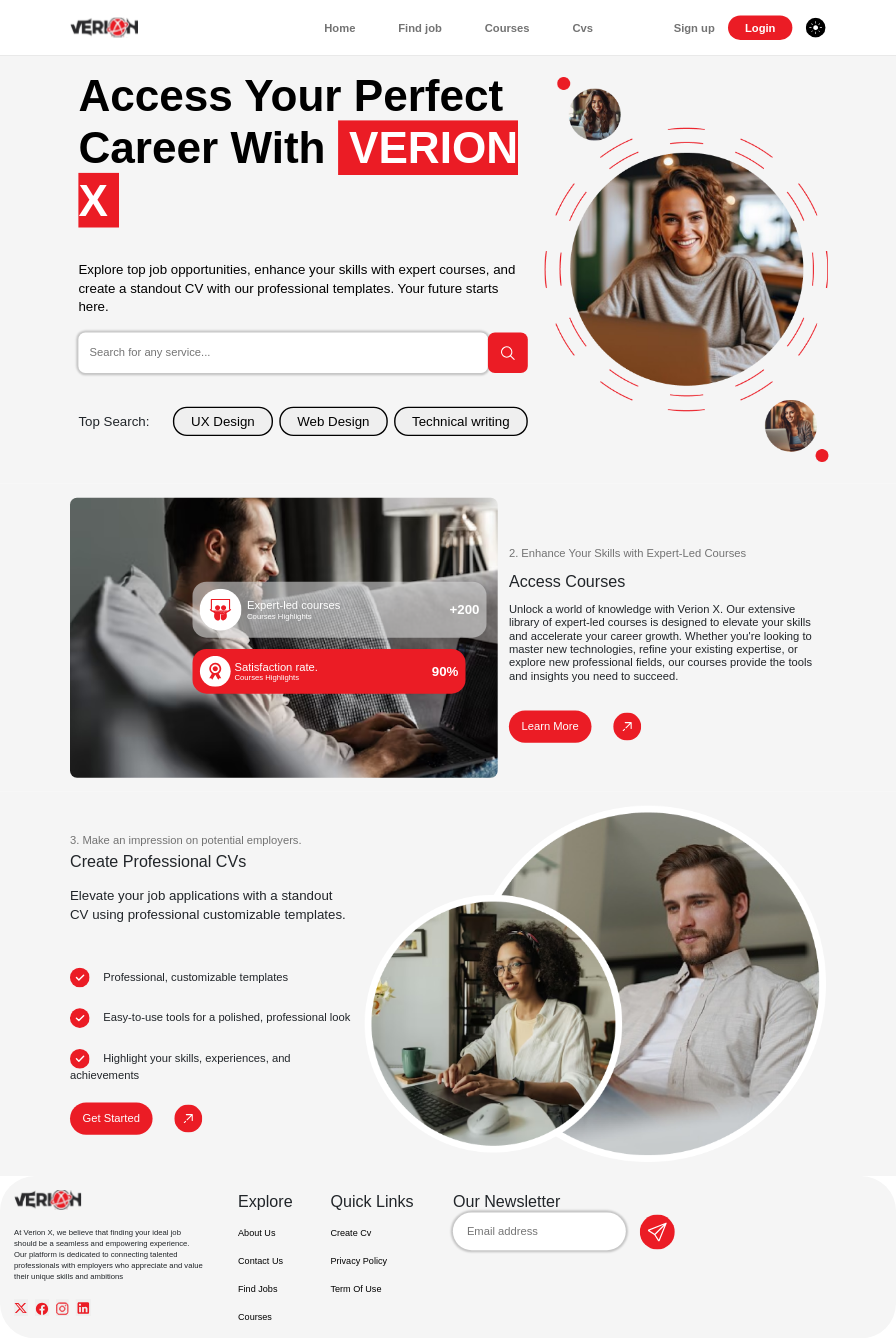
Repository: SahMenz/verionX
Page: /
The author's editor kept a copy of each file at every save. The page is drawn from the files as they stood at one save, then again after the next save.
The browser window is 1280 px wide. The pictures show the whole page, at 70% of full size.
The project was rebuilt for these pictures with package versions that can differ from the ones it lists, and the page was loaded fresh each time. Also part of the build but not shown: vite.config.js.

Above is the page before, as saved 2024-06-16 02:44:16.

### src/App.jsx
import './App.css'
import Home from './components/home/home'
import 'bootstrap/dist/css/bootstrap.min.css';

function App() {

  return (
    <>
      <div>
          <Home />
      </div>
    </>
  )
}

export default App

### src/index.css
button{
    outline: none;
    border: none;
  }

  input{
    border: none;
    outline: none;
}

### src/App.css
*, *::before, *::after{
  padding: 0px;
  margin: 0px;
  box-sizing: border-box;
  font-family: "Rubik", sans-serif;
}

/* BACKGROUND COLORS */

.bg-f5{
  background-color: #F5F5F5;
}
.bg-eb{
  background-color: #EB1C25;
}
.bg-ff{
  background-color: #fff;
}
.bg-d9{
  background-color: #D9D9D9;
}
.bg-00{
  background-color: #000;
}


/* FONT SIZES */

.txt-11{
  font-size: 11px;
}
.txt-13{
  font-size: 13px;
}
.txt-16{
  font-size: 16px;
}
.txt-19{
  font-size: 19px;
}
.txt-23{
  font-size: 23px;
}
.txt-45{
  font-size: 45px;
}
.txt-63{
  font-size: 63px;
}


/* TEXT COLOR */

.txt-eb{
  color:#EB1C25
}
.txt-f3{
  color: #737373
}
.txt-ff{
  color:#fff
}
.txt-00{
  color: #000;
}


/* FONT WEIGHT */

.fw-400{
  font-weight: 400;
}
.fw-500{
  font-weight: 500;
}
.fw-600{
  font-weight: 600;
}


/* LINE HEIGHT */

.lh-19{
  line-height: 19.2px;
}
.lh-75{
  line-height: 55.6px;
}
.lh-26{
  line-height: 26.38px;
}
.lh-22{
  line-height: 22.8px;
}
.lh-27{
  line-height: 27.6px;
}
.lh-15{
  line-height: 15.89px;
}
.lh-13{
  line-height: 13.2px;
}
.lh-54{
  line-height: 54px;
}
.lh-34{
  line-height: 34.5px;
}
.lh-67{
  line-height: 67.5px;
}
.lh-32{
  line-height: 32.2px;
}
.lh-18{
  line-height: 18.96px;
}

### src/components/home/home.jsx
import Footer from "../footer/footer"
import Navigation from "../navigation/navigation"
import AccessCourses from "./accessCourses/accessCourses"
import CreateProfessionalCv from "./createProfessionalCv/createProfessionalCv"
import Hero from "./hero/hero"

function Home() {
  return (
    <div >
        <Navigation />
        <Hero />
        <AccessCourses />
        <CreateProfessionalCv />
        <Footer />
    </div>
  )
}

export default Home

### src/components/footer/footer.jsx
import logo from '../../assets/images/logo.svg';
import CustomSvg from '../customSvg/customSvg';
import './footer.css';

function Footer() {
  return (
    <div className='d-flex bg-f5 footerGeneral gap-5' style={{borderRadius:"50px"}}>
        <div className='d-flex flex-column' style={{width:"272px", height:"166px"}}>
            <img  src={logo} style={{width:"97.2px"}}/>
            <div className='fw-400 lh-15 txt-11 py-4'>
                At Verion X, we believe that finding your ideal job should be a
                seamless and empowering experience. Our platform is dedicated to connecting talented
                professionals with employers who appreciate and value their unique skills and ambitions
            </div>
            <div className='d-flex align-items-center justify-content-between' style={{width:"110px"}}>
                <button><CustomSvg name="x"/></button>
                <button><CustomSvg name="facebook"/></button>
                <button><CustomSvg name="insta"/></button>
                <button><CustomSvg name="linkedin"/></button>
            </div>
        </div>
        <div className='d-flex flex-column justify-content-between' style={{width:"84px", height:"192px"}}>
            <div className='fw-500 txt-23 lh-32'>Explore</div>
            <a href="#" className='txt-00 fw-400 txt-13 lh-18 text-decoration-none'>About Us</a>
            <a href="#" className='txt-00 fw-400 txt-13 lh-18 text-decoration-none'>Contact Us</a>
            <a href="#" className='txt-00 fw-400 txt-13 lh-18 text-decoration-none'>Find Jobs</a>
            <a href="#" className='txt-00 fw-400 txt-13 lh-18 text-decoration-none'>Courses</a>
        </div>
        <div className='d-flex flex-column justify-content-between' style={{width:"127px", height:"152px"}}>
            <div className='fw-500 txt-23 lh-32'>Quick Links</div>
            <a href="#" className='txt-00 fw-400 txt-13 lh-18 text-decoration-none'>Create Cv</a>
            <a href="#" className='txt-00 fw-400 txt-13 lh-18 text-decoration-none'>Privacy Policy</a>
            <a href="#" className='txt-00 fw-400 txt-13 lh-18 text-decoration-none'>Term Of Use</a>
        </div>
        <div className='d-flex flex-column'>
            <div className='fw-500 txt-23 lh-32'>Our Newsletter</div>
            <div>
                <input  type='text' placeholder='Email address' style={{marginRight:"20px",borderRadius:"30px", padding:"15px 20px", boxShadow: "0px 0px 3px 3px rgba(0, 0, 0, 0.2)"}}/>
                <CustomSvg name="telegram"/>
            </div>
        </div>
    </div>
  )
}

export default Footer

### src/components/navigation/navigation.jsx
import logo from '../../assets/images/logo.svg'
import CustomSvg from '../customSvg/customSvg'
import './navigation.css'


function Navigation() {

  return (
    <div className="d-flex justify-content-between navContainer">
        <img src={logo} alt="" />
        <div className='d-none d-lg-flex navigationLink justify-content-between align-items-center'>
          <div className='d-flex justify-content-between align-items-center links'>
            <a href="#" className='small-txt lh-19 fw-600 text-decoration-none txt-f3'>Home</a>
            <a href="#" className='small-txt lh-19 fw-600 text-decoration-none txt-f3'>Find job</a>
            <a href="#" className='small-txt lh-19 fw-600 text-decoration-none txt-f3'>Courses</a>
            <a href="#" className='small-txt lh-19 fw-600 text-decoration-none txt-f3'>Cvs</a>
          </div>
          <div className='d-flex justify-content-between align-items-center switchmode'>
            <a href="#" className='small-txt lh-19 fw-600 text-decoration-none txt-f3'>Sign up</a>
            <a href="#" className='small-txt lh-19 fw-600 text-decoration-none txt-ff bg-eb px-4 py-2 rounded-5'>Login</a>
            <CustomSvg name="switchModes" className="cursor-pointer"/>
          </div>
        </div>
        <div className=' d-lg-none cursor-pointer' style={{width: "40px", height: "40px", display: 'flex', flexDirection: 'column', alignItems: "center", justifyContent: "center", gap: "5px"}}>
          <div style={{width : "30px", height:"3px", backgroundColor : 'black' }}></div>
          <div style={{width : "30px", height:"3px", backgroundColor : 'black' }}></div>
          <div style={{width : "30px", height:"3px", backgroundColor : 'black' }}></div>
        </div>
    </div>
  )
}

export default Navigation

### src/components/home/accessCourses/accessCourses.jsx
import CustomSvg from "../../customSvg/customSvg";
import './accessCourses.css';

function AccessCourses() {
  return (
    <div className="d-flex flex-column bg-f5 flex-xl-row accessGeneral  align-items-center">
        <div className="manPressingLaptop" style={{maxWidth:"611px", position:"relative"}}>
            <div className="imagetext d-none d-lg-block" style={{position:"absolute"}}>
                <div className="d-flex align-items-center opacebackground justify-content-between mb-3" style={{padding:"10px", borderRadius:"20px", maxWidth:"455px"}}>
                    <CustomSvg name="expertLedCourses"/>
                    <div className="d-flex ps-2 justify-content-between align-items-center" style={{width:"340px"}}>
                        <div className="d-flex flex-column" >
                            <div className="txt-ff fw-500 txt-16 lh-19">Expert-led courses</div>
                            <div className="txt-11 txt-ff fw-500 lh-13">Courses Highlights</div>
                        </div>
                        <div className="fw-600 txt-19 lh-22 txt-ff">+200</div>
                    </div>
                </div>
                <div className="bg-eb d-flex align-items-center justify-content-between" style={{padding:"10px", borderRadius:"20px", maxWidth:"390px"}}>
                    <CustomSvg name="satisfactionrate"/>
                    <div className="d-flex justify-content-between align-items-center" style={{width:"320px"}}>
                        <div className="d-flex flex-column" >
                            <div className="txt-ff fw-500 txt-16 lh-19">Satisfaction rate.</div>
                            <div className="txt-11 txt-ff fw-500 lh-13">Courses Highlights</div>
                        </div>
                        <div className="fw-600 txt-19 lh-22 txt-ff">90%</div>
                    </div>
                </div>
            </div>
        </div>
        <div className=" ms-xl-3"  style={{maxWidth:"576px"}}>
            <p className="txt-f3 fw-500 lh-19 enhance" style={{maxWidth:"370px"}}>2. Enhance Your Skills with Expert-Led Courses</p>
            <p className="fw-500 lh-27 access" style={{maxWidth:"300px"}}>Access Courses</p>
            <p className="fw-400 lh-19 pb-4 unlock" style={{maxWidth:"576px"}}>
                Unlock a world of knowledge with Verion X. Our extensive library of expert-led courses is designed to elevate your skills and accelerate your career growth. Whether you&apos;re looking to master new technologies, refine your existing expertise, or explore new professional fields, our courses provide the tools and insights you need to succeed.
            </p>
            <div className="d-flex align-items-center justify-content-between" style={{width:"189px"}}>
                <button className="bg-eb txt-ff" style={{padding:"11px 18px", borderRadius:"30px"}}>Learn More</button>
                <CustomSvg name="arrowTopRight" className=""/>
            </div>
        </div>
    </div>
  )
}

export default AccessCourses

### src/components/home/createProfessionalCv/createProfessionalCv.jsx
import createProfessionalImage from '../../../assets/images/createProfessionalImage.png';
import CustomSvg from '../../customSvg/customSvg';
import './createProfessionalCv.css';

function CreateProfessionalCv() {
  return (
    <div className='d-flex flex-column createGeneral bg-f5 flex-xl-row align-items-center'>
        <div style={{maxWidth:"507px"}}>
            <div className='fw-500 lh-19 txt-16 txt-f3 adjustText' style={{margin:"0px 0px 8px 0px"}}>3. Make an impression on potential employers.</div>
            <div className='fw-500 lh-27 txt-23 adjust23' style={{margin:"0px 0px 20px 0px"}}>Create Professional CVs</div>
            <div className='fw-400 txt-19 lh-23 adjust19' style={{margin:"0px 0px 60px 0px"}}>Elevate your job applications with a standout CV using professional customizable templates.</div>
            <div className='fw-400 txt-16 lh-19 adjustText' style={{marginBottom:"29px"}}><CustomSvg name="createProfessionalTick"/> <span style={{marginLeft:"15px"}}>Professional, customizable templates</span></div>
            <div className='fw-400 txt-16 lh-19 adjustText' style={{marginBottom:"29px"}}><CustomSvg name="createProfessionalTick"/> <span style={{marginLeft:"15px"}}>Easy-to-use tools for a polished, professional look</span></div>
            <div className='fw-400 txt-16 lh-19 adjustText' style={{marginBottom:"29px"}}><CustomSvg name="createProfessionalTick"/> <span style={{marginLeft:"15px"}}>Highlight your skills, experiences, and achievements</span></div>
            <div className="d-flex align-items-center justify-content-between" style={{width:"189px"}}>
                <button className="bg-eb txt-ff" style={{padding:"11px 18px", borderRadius:"30px"}}>Get Started</button>
                <CustomSvg name="arrowTopRight" className=""/>
            </div>
        </div>
        <img src={createProfessionalImage} className='mt-5 mt-xl-0 mixedImage ms-xl-3' style={{maxWidth:"659px"}}/>
    </div>
  )
}

export default CreateProfessionalCv

### src/components/home/hero/hero.jsx
import accesYourPerfectImage from '../../../assets/images/accesYourPerfectImage.png';
import CustomSvg from '../../customSvg/customSvg';
import './hero.css';

function Hero() {
  return (
    <div className='bg-f5 heroGeneral d-flex flex-column flex-xl-row justify-content-center justify-content-between align-items-center' style={{}}>
        <div style={{maxWidth:"733px"}} className=' textcontainer mb-5 mx-xxl-1 px-xxl-0 d-flex flex-column container '>
            <div className='txt-63 lh-75 txt-ff fw-600 txt-00 largeTxt mb-5' >Access Your Perfect Career With <span className='bg-eb fw-600 txt-ff py-1 px-3'>VERION X</span></div>
            <div className='txt-00 lh-26 mb-4 exploretxt' style={{maxWidth:"630px"}}>
                Explore top job opportunities, enhance your skills with expert courses, and create a standout CV with our professional templates. Your future starts here.
            </div>
            <div className="d-flex">
                <input type="text" className='p-3 container mb-xl-5' placeholder="Search for any service..."  style={{borderRadius:"10px", boxShadow: "0px 0px 3px 3px rgba(0, 0, 0, 0.2)"}} />
                <button className="bg-eb p-3 mb-xl-5" style={{borderRadius:"10px", border:"none"}}><CustomSvg name="search"/></button>
            </div>
            <div className='d-none d-xl-flex align-items-center justify-content-between'style={{width:"642px"}} >
                <div className='txt-19 lh-26 txt-500'>Top Search:</div>
                <div className='d-flex align-items-center justify-content-between' style={{width:"507px"}}>
                    <button style={{borderRadius:"20px",border: "2px solid black"}}><div className='px-4 py-2 txt-19 lh-22 txt-500'>UX Design</div></button>
                    <button style={{borderRadius:"20px",border: "2px solid black"}}><div className='px-4 py-2 txt-19 lh-22 txt-500'>Web Design</div></button>
                    <button style={{borderRadius:"20px",border: "2px solid black"}}><div className='px-4 py-2 txt-19 lh-22 txt-500'>Technical writing</div></button>
                </div>
            </div>
        </div>
        <img src={accesYourPerfectImage} className='container mx-xxl-1 px-xxl-0' style={{Width:"65vw", maxWidth:"430px"}} alt="three images" />
    </div>
  )
}

export default Hero

### src/components/footer/footer.css
.footerGeneral{
    padding: 20px 20px;
    flex-wrap: wrap
}

@media (min-width:1400px){
    .footerGeneral{
        padding: 64px 109px
    }
}

### src/components/navigation/navigation.css
.navContainer{
    padding: 22px 100px;
    box-shadow: 0px 10px 10px 10px rgba(0, 0, 0, 0.2);
}

.navigationLink{
    width: 56vw;
    min-width: 600px;
    max-width: 888px;
}
.links{
    width: 30vw;
    min-width: 300px;
    max-width: 482px;
}
.switchmode{
    width: 17vw;
    min-width: 200px;
    max-width: 254px;
}
@media screen and (min-width:325px) and (max-width:988px) {
    .navContainer{
        padding: 18px 60px;
    }
}

### src/components/home/accessCourses/accessCourses.css
.accessGeneral{
    padding: 10px 20px;
}
.enhance{
    font-size: 4vw;
    margin-top: 20px;
}
.access{
    font-size: 6vw;
}
.unlock{
    font-size: 4vw;
}
.opacebackground{
    background-color:rgba(217, 217, 217, 0.6);
}
.manPressingLaptop{
    background-image: url('../../../assets/images/accessCoursesImage.png');
    background-size: cover;
    border-Radius: 10px;
    background-position: center;
    height: 400px;
    width: 65vw;
    background-size: cover;
    background-position: center;
}
.imagetext{
    position: absolute;
    top: 50%;
    left: 63%;
    transform: translate(-50%, -50%);
}

@media (min-width: 478px) {
    .enhance{
        font-size: 3vw;
    }
    .access{
        font-size: 5vw;
    }
    .unlock{
        font-size: 3vw;
    }
}
@media (min-width: 665px) {
    .enhance{
      font-size: 2.5vw;
    }
    .access{
      font-size:4.5vw;
    }
    .unlock{
        font-size: 2.5vw;
    }
}
@media (min-width:730px){
    .accessGeneral{
      padding: 20px 100px;
    }
    .enhance{
        font-size: 16px;
      }
      .access{
        font-size:23px;
      }
      .unlock{
          font-size: 16px;
      }
  }
  @media (min-width:1400px){
    .accessGeneral{
        justify-content: space-between!important;
    }
  }

### src/components/home/createProfessionalCv/createProfessionalCv.css
.createGeneral{
    padding: 10px 20px;
}
.mixedImage{
    width: 85vw;
}
.adjustText{
    font-size: 4vw;
}
.adjust19{
    font-size: 5vw;
}
.adjust23{
    font-size: 6vw;
}
@media (min-width: 478px) {
    .adjustText{
        font-size: 3.5vw;
    }
    .adjust19{
        font-size: 4.5vw;
    }
    .adjust23{
        font-size: 5.5vw;
    }
}
@media (min-width: 560px) {
    .adjustText{
        font-size: 3vw;
    }
    .adjust19{
        font-size: 4vw;
    }
    .adjust23{
        font-size: 5vw;
    }
}
@media (min-width:630px){
    .createGeneral{
        padding: 20px 100px;
    }
    .adjustText{
        font-size: 16px;
    }
    .adjust19{
        font-size: 19px;
    }
    .adjust23{
        font-size: 23px;
    }
}
@media (min-width:1400px){
    .createGeneral{
        justify-content: space-between;
    }
}

### src/components/home/hero/hero.css
  .largeTxt{
    font-size: 10vw;
  }
  .exploretxt{
    font-size: 4vw;
  }
  .heroGeneral{
    padding: 10px 20px;
  }
  @media (min-width: 478px) {
    .largeTxt{
      line-height: 75px;
    }
    .exploretxt{
      font-size: 3vw;
    }
  }
  @media (min-width: 632px) {
    .largeTxt{
      font-size: 9vw;
    }
    .exploretxt{
      font-size:2.5vw;
    }
  }
  @media (min-width:730px){
    .largeTxt{
      font-size: 63px;
    }
    .exploretxt{
      font-size: 19px;
    }
    .heroGeneral{
      padding: 20px 100px;
    }
  }
  @media(min-width:1400){
    .heroGeneral{
      justify-content: space-between;
    }
  }

Loaded but not shown: src/main.jsx (common file); src/components/customSvg/customSvg.jsx (186 lines, source omitted)

After the next save:
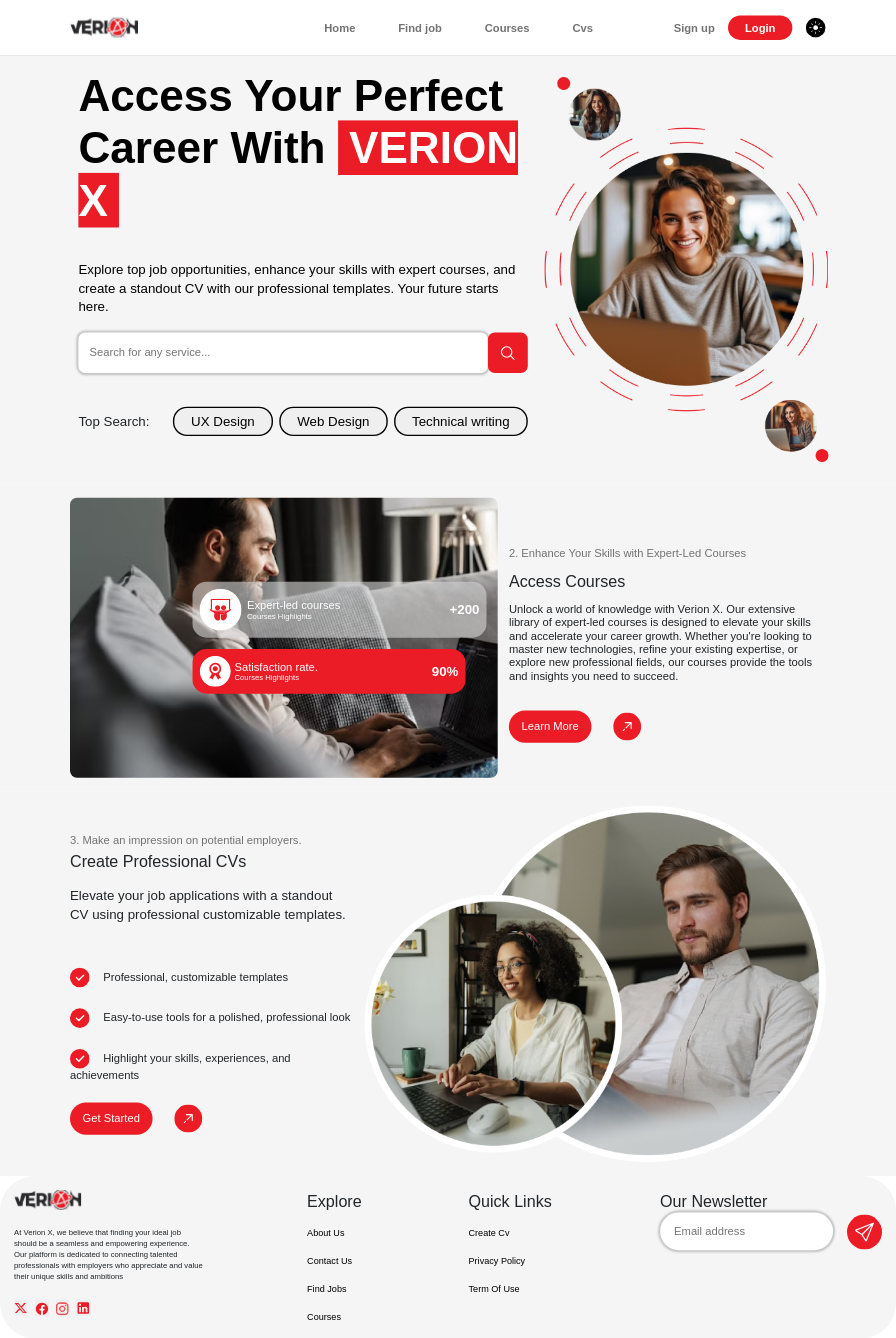
Saved 28 s later.
--- a/src/components/footer/footer.jsx
+++ b/src/components/footer/footer.jsx
@@ -4,7 +4,7 @@
 
 function Footer() {
   return (
-    <div className='d-flex bg-f5 footerGeneral gap-5' style={{borderRadius:"50px"}}>
+    <div className='d-flex bg-f5 justify-content-between footerGeneral gap-5' style={{borderRadius:"50px"}}>
         <div className='d-flex flex-column' style={{width:"272px", height:"166px"}}>
             <img  src={logo} style={{width:"97.2px"}}/>
             <div className='fw-400 lh-15 txt-11 py-4'>
